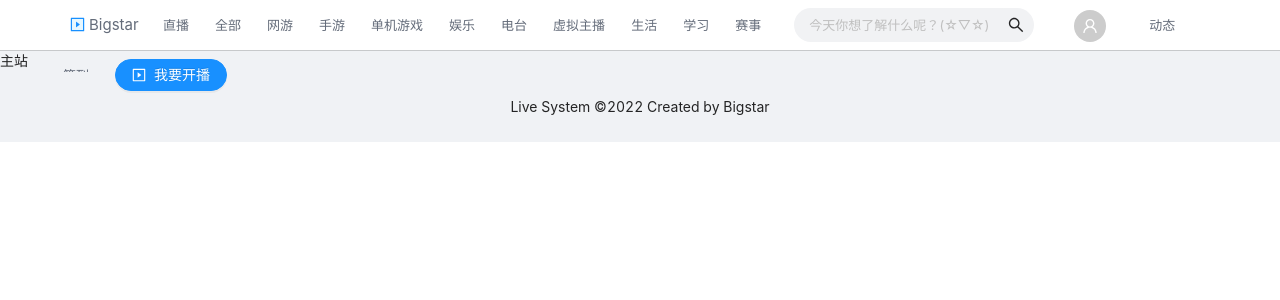
Repository: Bigstar-hyx/webrtc-react
Page: /
The author's editor kept a copy of each file at every save. The page is drawn from the files as they stood at one save, then again after the next save.
The browser window is 1280 px wide. The pictures show the whole page.
The project was rebuilt for these pictures with package versions that can differ from the ones it lists, and the page was loaded fresh each time. Also part of the build but not shown: craco.config.js, webpack.config.js, src/pages/live/Index.css, src/pages/live/component/Content/Video/video.css, src/pages/live/component/Content/Video/Video.js, src/pages/live/component/Content/Comments/comments.css, src/pages/live/component/Content/Comments/TalkSend.js, src/pages/live/component/Content/Comments/Talk.js and 7 more.

Above is the page before, as saved 2022-02-19 20:32:52.

### src/index.js
import * as React from 'react'
import * as ReactDOM from 'react-dom'
import { BrowserRouter } from 'react-router-dom'
import App from './App.js'

ReactDOM.render(
  <BrowserRouter>
    <App />
  </BrowserRouter>,
  document.getElementById('root')
)

### src/App.js
import * as React from 'react'
import { Routes, Route } from 'react-router-dom'

import LiveIndex from './pages/live/Index'
import HomeIndex from './pages/home/Index'
import ViewerIndex from './pages/viewer/Index'
import TopIndex from './top/Index'
import './app.css'

import { Layout } from 'antd'

const { Header, Footer, Content } = Layout

function App() {
  return (
    <>
      <Layout>
        <Header>
          <TopIndex />
        </Header>
        <Content>
          <Routes>
            <Route path="/" element={<HomeIndex />} />
            <Route path="live" element={<LiveIndex />} />
            <Route path="viewer" element={<ViewerIndex />} />
          </Routes>
        </Content>
        <Footer style={{ textAlign: 'center' }}>Live System ©2022 Created by Bigstar</Footer>
      </Layout>
    </>
  )
}

export default App

### src/pages/home/Index.js
import React, { Component } from 'react'

export class HomeIndex extends Component {
  render() {
    return <div>主站</div>
  }
}

export default HomeIndex

### src/top/Index.js
import { Avatar } from 'antd'
import { PlaySquareTwoTone, UserOutlined } from '@ant-design/icons'

import TopMenu from './component/TopMenu'
import TopSearch from './component/TopSearch'
import TopStart from './component/TopStart'

import './index.css'

function TopIndex() {
  return (
    <>
      <div className="logo">
        <PlaySquareTwoTone />
        &nbsp;Bigstar
      </div>
      <TopMenu />
      <TopSearch />
      <div className="avatar">
        <Avatar size={32} icon={<UserOutlined />} />
      </div>
      <TopStart />
    </>
  )
}

export default TopIndex

### src/top/component/TopMenu.js
import './top-menu.css'

function TopMenu() {
  return (
    <div>
      <ul>
        <li>
          <a href="">直播</a>
        </li>
        <li>
          <a href="">全部</a>
        </li>
        <li>
          <a href="">网游</a>
        </li>
        <li>
          <a href="">手游</a>
        </li>
        <li>
          <a href="">单机游戏</a>
        </li>
        <li>
          <a href="">娱乐</a>
        </li>
        <li>
          <a href="">电台</a>
        </li>
        <li>
          <a href="">虚拟主播</a>
        </li>
        <li>
          <a href="">生活</a>
        </li>
        <li>
          <a href="">学习</a>
        </li>
        <li>
          <a href="">赛事</a>
        </li>
      </ul>
    </div>
  )
}

export default TopMenu

### src/top/component/TopSearch.js
import { Input } from 'antd'
import { SearchOutlined } from '@ant-design/icons'

import './top-search.css'

function TopSearch() {
  return (
    <div>
      <Input className="search" size="large" placeholder="今天你想了解什么呢？(☆▽☆)" suffix={<SearchOutlined />} />
    </div>
  )
}

export default TopSearch

### src/top/component/TopStart.js
import { Button } from 'antd'
import { PlaySquareOutlined } from '@ant-design/icons'
import './top-start.css'

function TopStart() {
  return (
    <div>
      <ul>
        <li>
          <a href="">动态</a>
        </li>
        <li>
          <a href="">签到</a>
        </li>
        <li>
          <a href="/live">
            <Button type="primary" shape="round">
              <PlaySquareOutlined />
              我要开播
            </Button>
          </a>
        </li>
      </ul>
    </div>
  )
}

export default TopStart

### src/top/index.css
.ant-layout-header {
  height: 50px;
  padding: 0 50px;
  box-shadow: 0px 0px 1px #000;
  color: rgba(0, 0, 0, 0.85);
  line-height: 50px;
  background: #fff;
}
.logo {
  float: left;
  padding: 0px 0px 0px 20px;
  width: 100px;
  color: #646c7a;
  font-size: 15px;
}
.avatar {
  float: left;
  margin: 0 30px;
  width: 32px;
  height: 32px;
}

### src/pages/live/component/Content/Comments/Comments.js
import React, { useState } from 'react'
import { Card } from 'antd'
import './comments.css'
import Talk from './Talk'
import SList from './SList'

const tabListNoTitle = [
  {
    key: 'talk',
    tab: '讨论区'
  },
  {
    key: 'slist',
    tab: '学员列表'
  }
]

const contentListNoTitle = {
  talk: <Talk />,
  slist: <SList />
}

function Comments() {
  const [activeTabKey2, setActiveTabKey2] = useState('talk')

  const onTab2Change = key => {
    setActiveTabKey2(key)
  }
  return (
    <div className="comments-box">
      <Card
        className="card"
        tabList={tabListNoTitle}
        activeTabKey={activeTabKey2}
        onTabChange={key => {
          onTab2Change(key)
        }}
      >
        {contentListNoTitle[activeTabKey2]}
      </Card>
    </div>
  )
}

export default Comments

### src/top/component/top-menu.css
ul {
  margin: auto;
}
ul li a {
  float: left;
  color: #646c7a;
  font-size: 13px;
}

li {
  list-style: none;
}

li a {
  margin: 0 5px;
  padding: 0 8px;
}

a {
  /* text-decoration: none; */
}

### src/top/component/top-search.css
.search {
  float: left;
  margin: 8px 10px 8px 20px;
  padding: 0px 10px 0px 15px;
  border: none;
  border-radius: 20px;
  background: #f1f2f4;
  width: 240px;
  height: 34px;
}

.ant-input-affix-wrapper > input.ant-input {
  background: #f1f2f4;
  font-size: 13px;
}

### src/pages/live/component/Content/Comments/TalkList.js
import React from 'react'
import { Comment, Tooltip, List } from 'antd'
import moment from 'moment'

const data = [
  {
    author: '学员1',
    avatar: 'https://joeschmoe.io/api/v1/random',
    content: <p>老师真好看</p>
  },
  {
    author: '学员2',
    avatar: 'https://joeschmoe.io/api/v1/random',
    content: <p>讲得真好！</p>
  }
]

function TalkList() {
  return (
    <div>
      <List
        className="comment-list"
        itemLayout="horizontal"
        dataSource={data}
        renderItem={item => (
          <li>
            <Comment actions={item.actions} author={item.author} avatar={item.avatar} content={item.content} datetime={item.datetime} />
          </li>
        )}
      />
    </div>
  )
}

export default TalkList

### src/pages/live/component/Content/Comments/talk.css
* {
  margin: 0;
  padding: 0;
}
.talk-list {
  width: 100%;
  height: 480px;
}
.talk-send {
  width: 100%;
  height: 40px;
}

Loaded but not shown: public/index.html (common file)

After the next save:
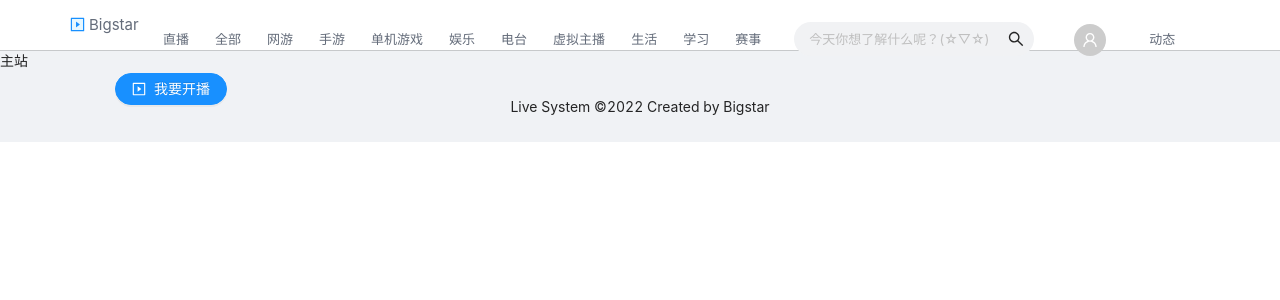
Saved 6 s later.
--- a/src/top/component/top-menu.css
+++ b/src/top/component/top-menu.css
@@ -1,4 +1,4 @@
-ul {
+.top-menu ul {
   margin: auto;
 }
 ul li a {

After the save that followed:
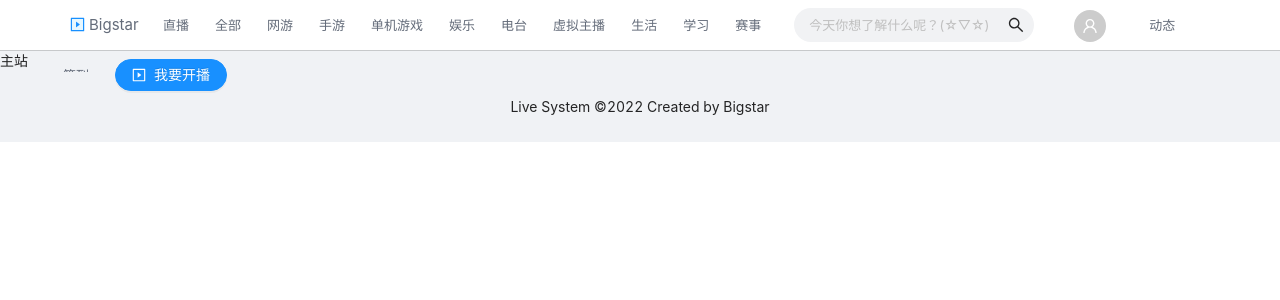
Saved 7 s later.
--- a/src/top/component/top-menu.css
+++ b/src/top/component/top-menu.css
@@ -1,4 +1,4 @@
-.top-menu ul {
+ul {
   margin: auto;
 }
 ul li a {
